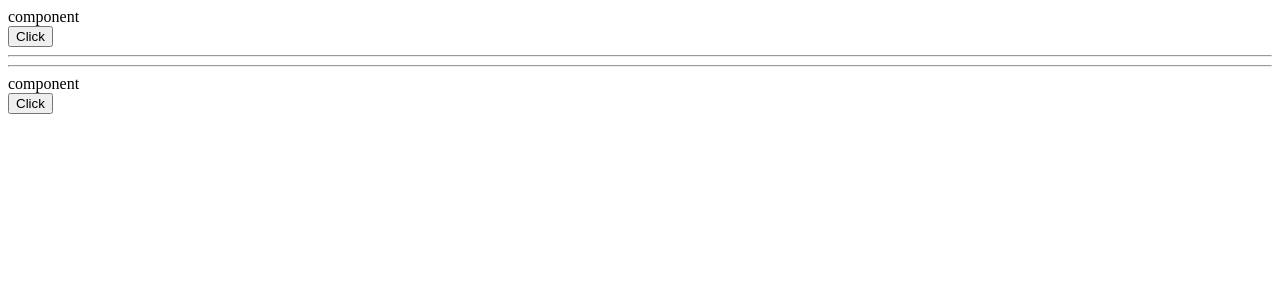
Repository: RyuGeunHwan/code_J
Page: Vuejs/22-08-10 vuejs Vue컴포넌트.html
These files come from the project's save history. The page is drawn as it stood at one moment and after the next save; the edit follows.
The browser window is 1280 px wide. The pictures show the whole page.

Above is the page before, as saved 2022-08-10 14:50:04.

### Vuejs/22-08-10 vuejs Vue컴포넌트.html
<!DOCTYPE html>
<html lang="en">
<head>
    <meta charset="UTF-8">
    <meta http-equiv="X-UA-Compatible" content="IE=edge">
    <meta name="viewport" content="width=device-width, initial-scale=1.0">
    <title>Vue 컴포넌트 전역등록 방법 및 사용</title>
    <script src="https://cdn.jsdelivr.net/npm/vue/dist/vue.js"></script>
</head>
<body>
    <div id="app">
        <!-- {{name}} <br>
         button을 누르게 되면 #app-1의 name인 app-1이 app updated로 바뀌게된다. Vue인스턴스를 변수에 넣어서 사용하였기 때문에.
        <button @click="changeText">Click</button> -->
        <!-- component의 사용은 설정해주었던 이름을 태그로 사용해주면 된다. -->
        <kossie-button></kossie-button>

    </div>
    <hr><hr>


    <div id="app-1">
       <!-- {{name}} <br>
        <button @click="changeText">Click</button>
        <kossie-button> 태그로 출력하는 kossie-button은 전역으로 등록한 component이다. -->
        <kossie-button></kossie-button>
    </div>


    <script>
        //vue인스턴스가 생성되기전에 Vue.component생성
        // hello world 전역등록
        // Vue.component('hello-world',{
        //     template:`<div>hello world</div>`
        // })


        // // 전역 컴포넌트 등록(어떤 vue인스턴스에서도 사용가능)
        // Vue.component('kossie-button',{
        //     //template안에는 html태그가 들어가게된다.
        //     template:
        //     //template는 하나의 태그안에 모든 콘텐츠들이 있어야한다는 vue의 규칙이 있다.
        //     `
        //     <div>
        //         {{name}} <br>
        //         <hello-world></hello-world>
        //         <button @click="changeText">Click</button>
        //     </div>
        //     `,

        //     //컴포넌트 만들때 data는 함수를 만들어서 Object를 return 해주면 된다.
        //     data(){
        //         return{
        //             name: 'component'
        //         }
        //     },
        //     methods:{
        //         changeText(){
        //             this.name = 'app updated'
        //        }
        //     }
        // });


        // hello world 지역등록
        const HelloWorld = {
            templete: `<div>hello world</div>`
        };

        //지역 컴포넌트 등록
        const KossieButton = {
            components:{
                'hello-world' : HelloWorld
            },
            template:
            `
            <div>
                {{name}} <br>
                <hello-world></hello-world>
                <button @click="changeText">Click</button>
            </div>
            `,
            //컴포넌트 만들때 data는 함수를 만들어서 Object를 return 해주면 된다.
            data(){
                return{
                    name: 'component'
                }
            },
            methods:{
                changeText(){
                    this.name = 'app updated'
               }
            }
        }

        const app = new Vue({
            el: '#app',
            components: {
                'kossie-button' : KossieButton
            }
            // data:{
            //   name: 'app'
            // },
            // methods:{
            //     changeText(){
            //         this.name = 'app updated'
            //    }
            // }
        })

       const app1 = new Vue({
            el: '#app-1',
            components: {
                //지역으로 등록한 component
                'kossie-button' : KossieButton
            }
    //         // data:{
    //         //   name: 'app-1'
    //         // },
    //         // methods:{
    //         //    changeText(){
    //         //         this.name = 'app-1 updated'
    //         //    }
    //         // }
        })
    </script>
</body>
</html>

After the next save:
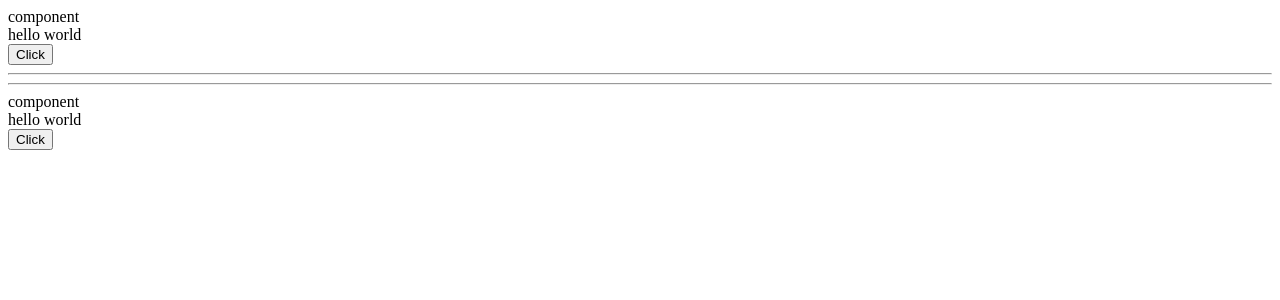
Saved 64 s later.
--- a/Vuejs/22-08-10 vuejs Vue컴포넌트.html
+++ b/Vuejs/22-08-10 vuejs Vue컴포넌트.html
@@ -64,7 +64,8 @@
 
         // hello world 지역등록
         const HelloWorld = {
-            templete: `<div>hello world</div>`
+            template: `<div>hello world</div>`
+
         };
 
         //지역 컴포넌트 등록
